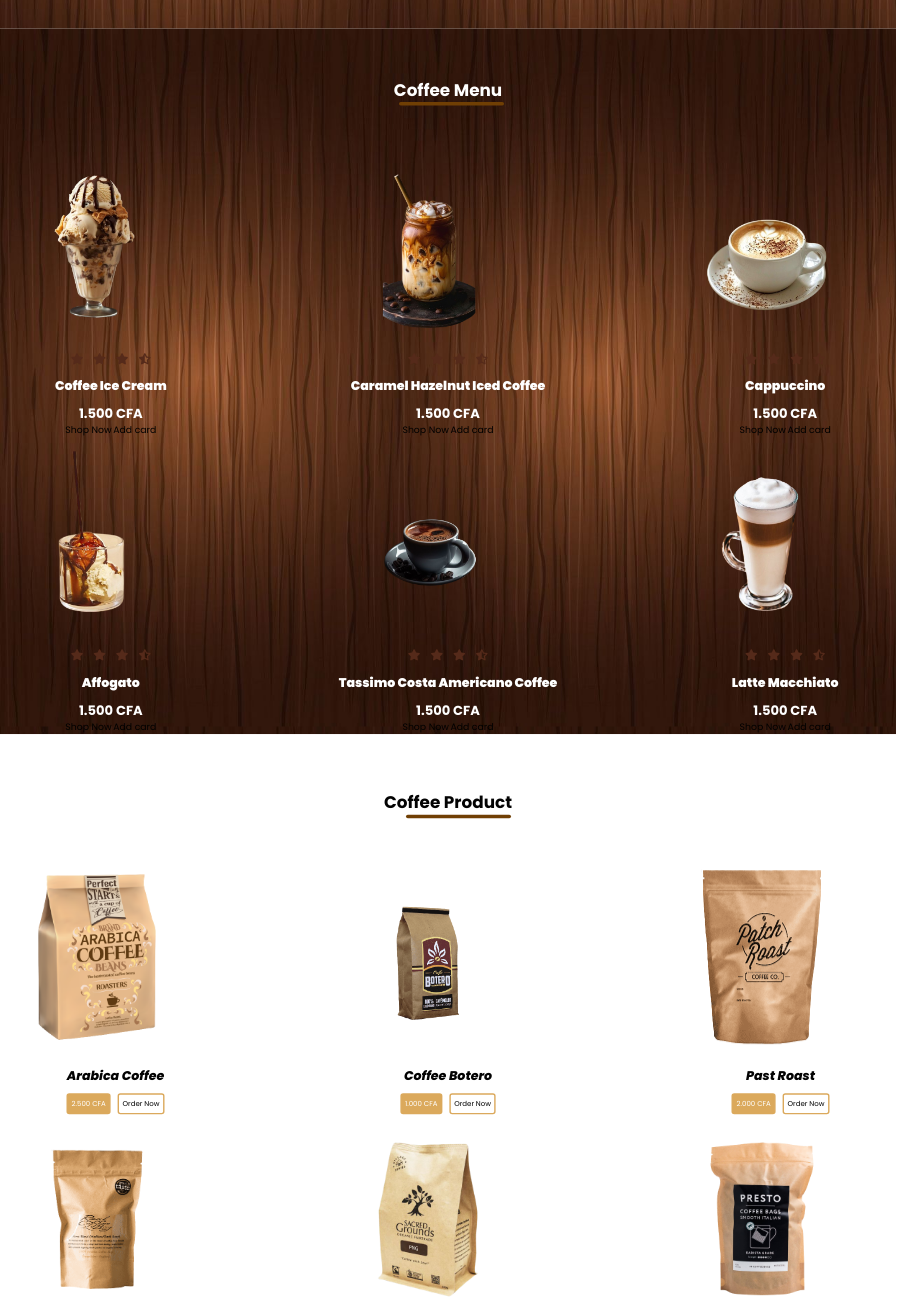
Repository: awa-creator/ProjetFinal
Page: index.html
The author's editor kept a copy of each file at every save. The page is drawn from the files as they stood at one save, then again after the next save.
The browser window is 1280 px wide. The page is 1307 px wide, so the pictures cover 1307 px, including what lies to the right of the window. The pictures show the part of the page from y = 1927 to 3807 px (the page is 6015 px tall before and 6025 px after), at 70% of full size.
Some web fonts or font styles are not loaded; a fallback is used. Some web libraries are served in a nearby version.

Above is the page before, as saved 2024-10-06 17:19:59.

After the next save:
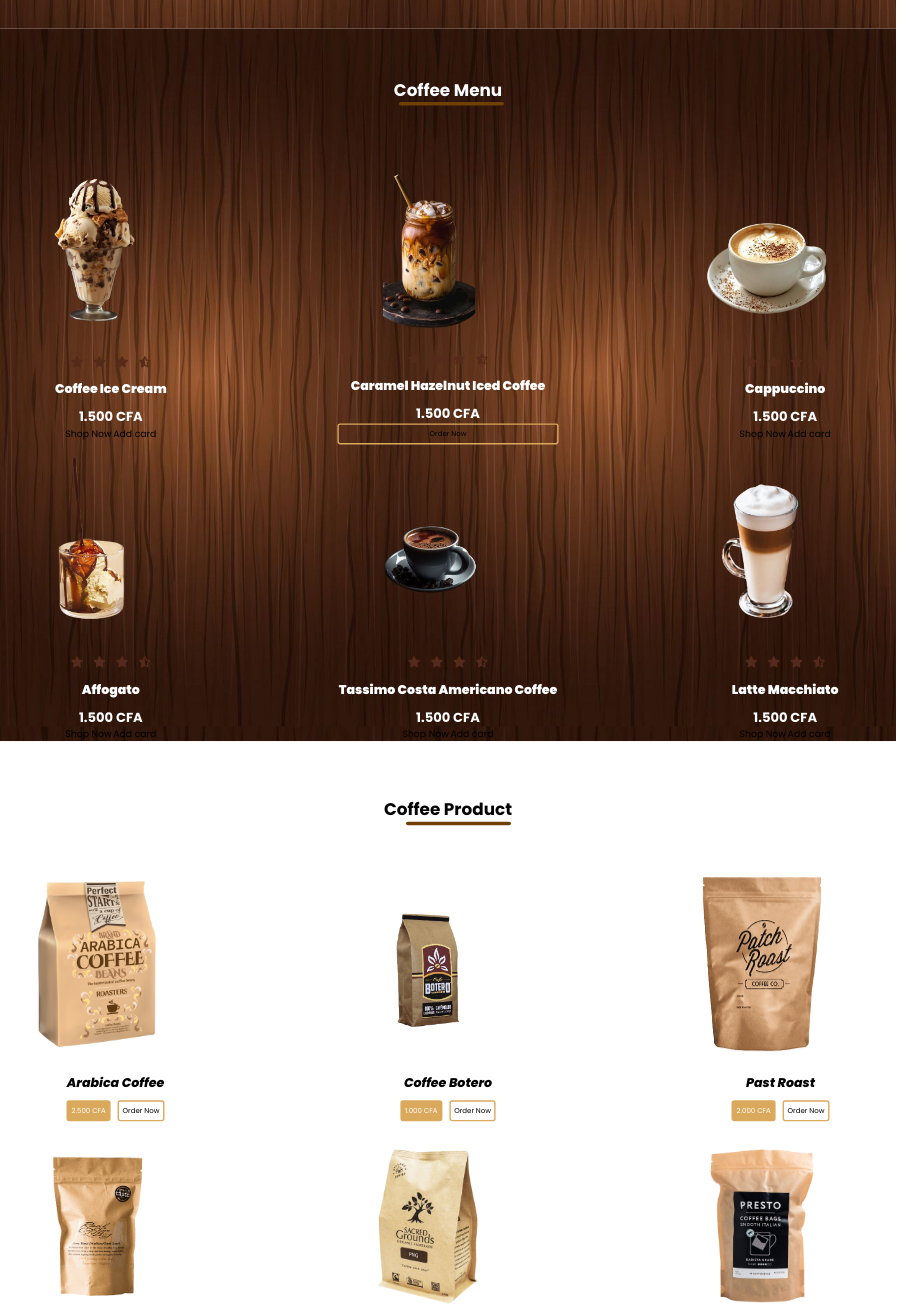
Saved 8 min 49 s later.
--- a/index.html
+++ b/index.html
@@ -131,8 +131,8 @@
             </div>
             <h2 class="name">Coffee Ice Cream</h2>
             <h3>1.500 CFA</h3>
-            <p></p>
-            <h6><button id="btn1">Shop Now</button> <button id="btn2">Add card</button></h6>
+
+            <h6 class="btn_cof"><button id="btn1">Shop Now</button> <button id="btn2">Add card</button></h6>
         </li>
         <li class="coffee_item">
             <img src="image/cof3.jpg" alt="Iced coffee" class="coffee_img">
@@ -144,8 +144,7 @@
             </div>
              <h2 class="name"> Caramel Hazelnut Iced Coffee</h2>
              <h3>1.500 CFA</h3>
-             <p></p>
-             <h6><button id="btn3">Shop Now</button> <button id="btn4">Add card</button></h6>
+             <span class="btn_prod">Order Now</span>
 
         </li>
         <li class="coffee_item">
